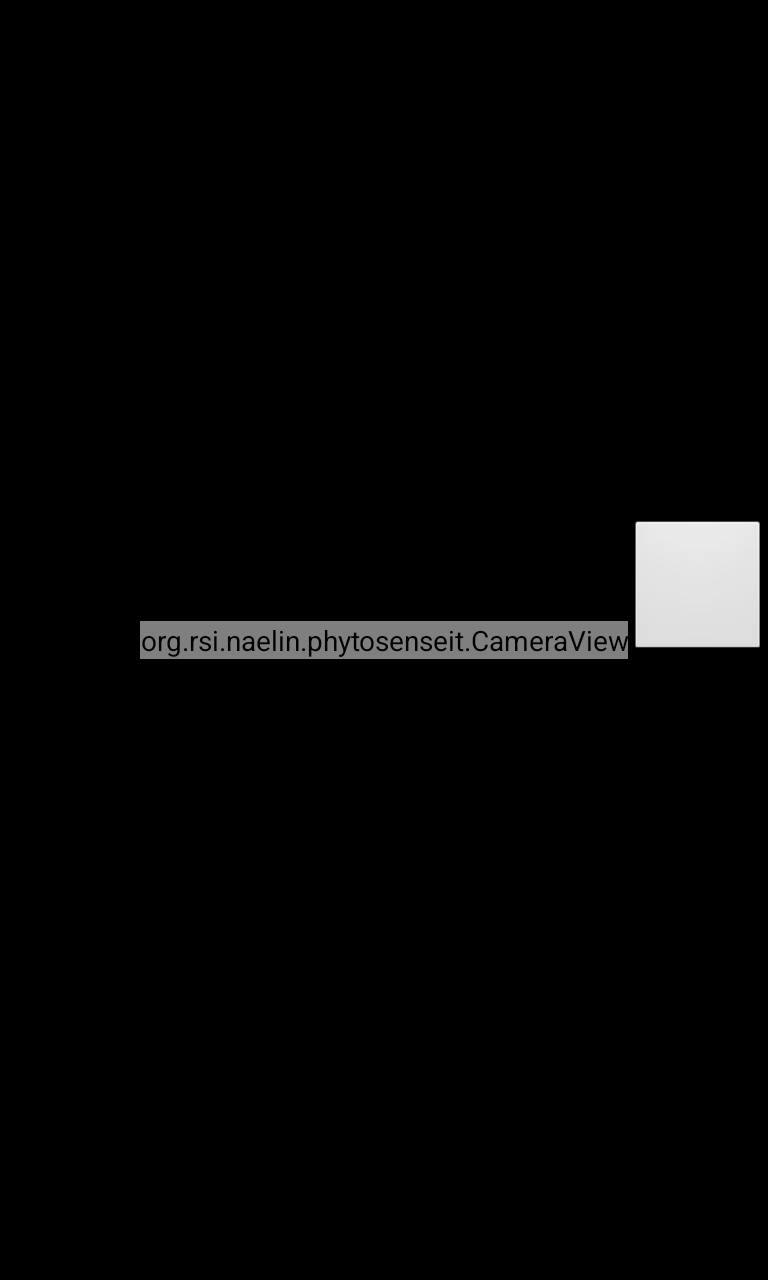
Repository: justnaelin/PhytoSenseIt-app
Layout: PhytoSenseIt/res/layout/activity_main.xml
The author's editor kept a copy of each file at every save. The layout is drawn from the files as they stood at one save, then again after the next save.
Pictures or frames that could not be fetched are drawn as grey boxes. It is drawn on a 768 x 1280 px phone screen (xhdpi) without system bars, with theme android:Theme.NoTitleBar.Fullscreen; the app's code is not run.

Above is the layout before, as saved 2015-07-29 18:13:50.

### PhytoSenseIt/res/layout/activity_main.xml
<?xml version="1.0" encoding="UTF-8"?>
<RelativeLayout xmlns:android="http://schemas.android.com/apk/res/android"
    xmlns:tools="http://schemas.android.com/tools"
    android:layout_width="match_parent"
    android:layout_height="match_parent"
     >
	<!--
    <org.rsi.naelin.phytosenseit.CameraView
        android:id="@+id/java_surface_view"
        android:layout_width="match_parent"
        android:layout_height="match_parent" /> -->

    <ImageView
        android:id="@+id/image_view"
        android:layout_width="match_parent"
        android:layout_height="match_parent" />

    <org.rsi.naelin.phytosenseit.CameraView
        android:id="@+id/cameraView1"
        android:layout_width="wrap_content"
        android:layout_height="wrap_content"
        android:layout_centerHorizontal="true"
        android:layout_centerVertical="true" />

    <Button
        android:id="@+id/take_photo_button"
        android:layout_width="70dp"
        android:layout_height="70dp"
        android:layout_alignBaseline="@+id/cameraView1"
        android:layout_alignBottom="@+id/cameraView1"
        android:layout_alignParentRight="true" />

</RelativeLayout>

After the next save:
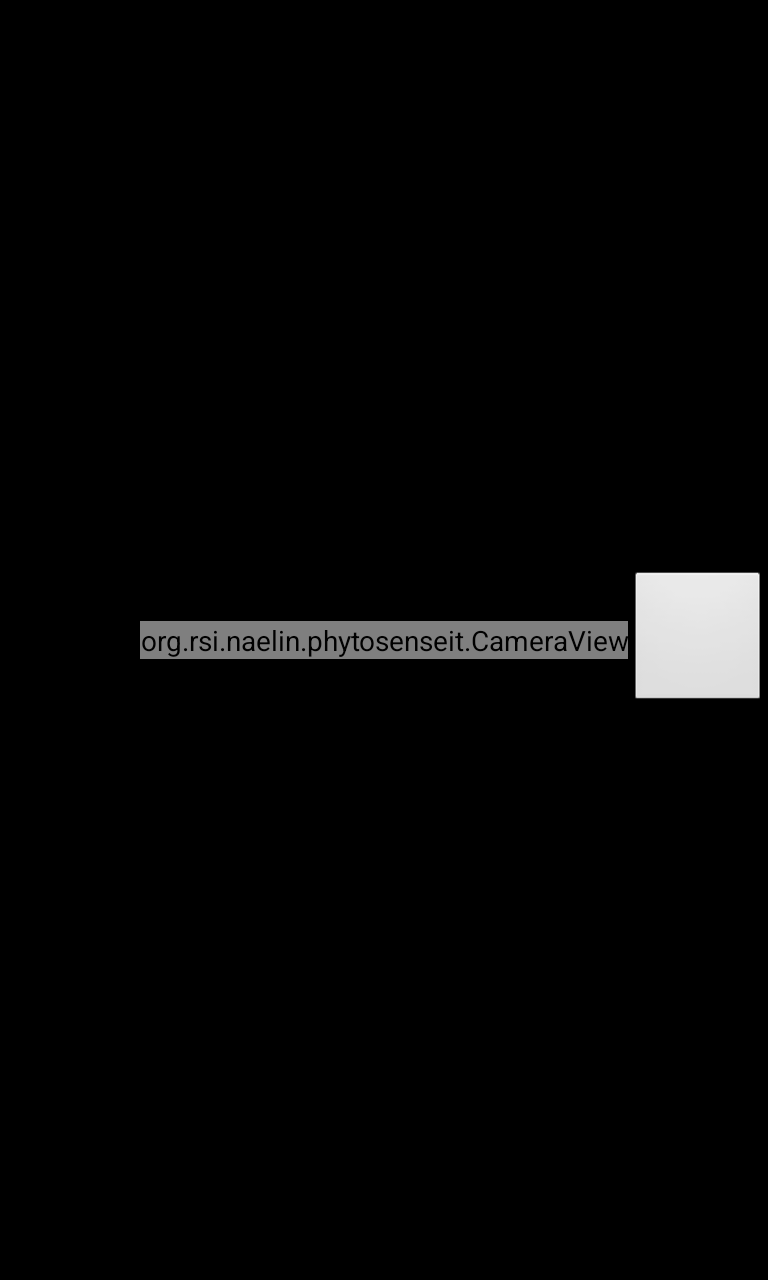
Saved 92 s later.
--- a/PhytoSenseIt/res/layout/activity_main.xml
+++ b/PhytoSenseIt/res/layout/activity_main.xml
@@ -26,8 +26,7 @@
         android:id="@+id/take_photo_button"
         android:layout_width="70dp"
         android:layout_height="70dp"
-        android:layout_alignBaseline="@+id/cameraView1"
-        android:layout_alignBottom="@+id/cameraView1"
-        android:layout_alignParentRight="true" />
+        android:layout_alignParentRight="true"
+        android:layout_centerVertical="true" />
 
 </RelativeLayout>
